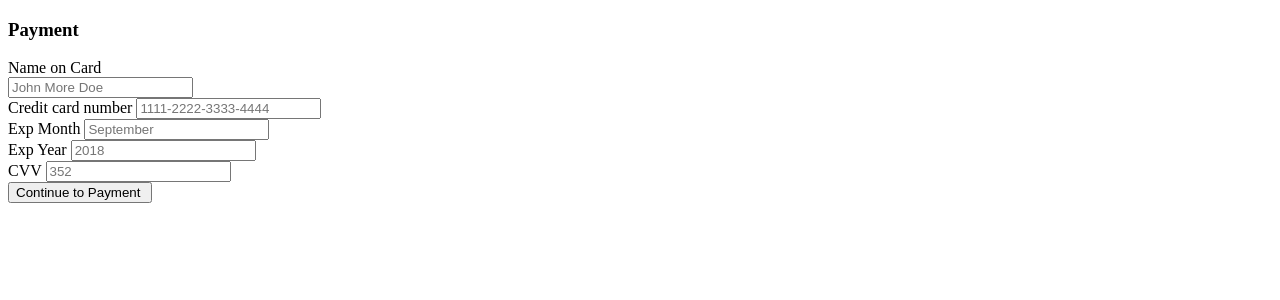
Repository: Shivani2392/FlyAwayProject
Page: http://localhost/FlightBookingPortal/Payement.jsp
These files come from the project's save history. The page is drawn as it stood at one moment and after the next save; the edit follows.
The browser window is 1280 px wide. The pictures show the whole page.
The page is served by Tomcat 9.

Above is the page before, as saved 2020-11-21 16:47:26.

After the next save:
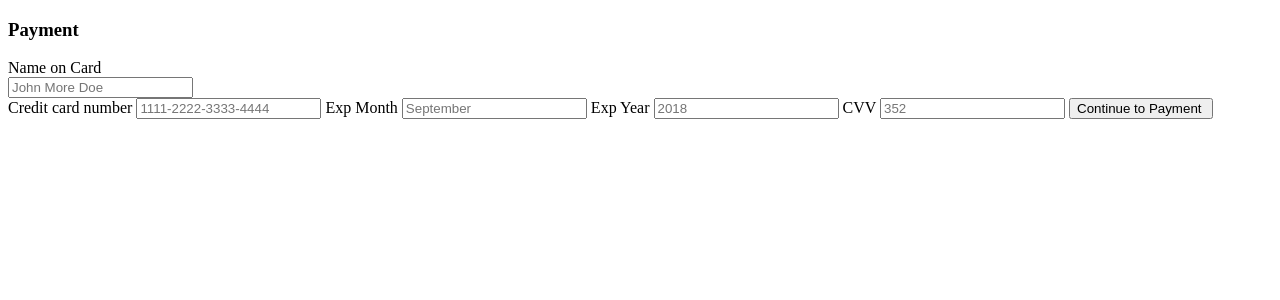
Saved 2 min 31 s later.
--- a/FlightBookingPortal/src/main/webapp/Payement.jsp
+++ b/FlightBookingPortal/src/main/webapp/Payement.jsp
@@ -9,7 +9,7 @@
 
 </head>
 <body>
-          <form action="PaymentService1" method="post">
+          <form action="PaymentService" method="post">
             <h3>Payment</h3>
 
             <label for="cname">Name on Card</label><br>
@@ -17,16 +17,15 @@
             <br>
             <label for="ccnum">Credit card number</label>
             <input type="text" id="ccnum" name="cardnumber" placeholder="1111-2222-3333-4444">
-            <br>
+
             <label for="expmonth">Exp Month</label>
             <input type="text" id="expmonth" name="expmonth" placeholder="September">
-            <br>
+
                 <label for="expyear">Exp Year</label>
                 <input type="text" id="expyear" name="expyear" placeholder="2018">
-     		<br>
+
                 <label for="cvv">CVV</label>
                 <input type="text" id="cvv" name="cvv" placeholder="352">
-        	<br>
         <input type="submit" value="Continue to Payment ">
       </form>
 
